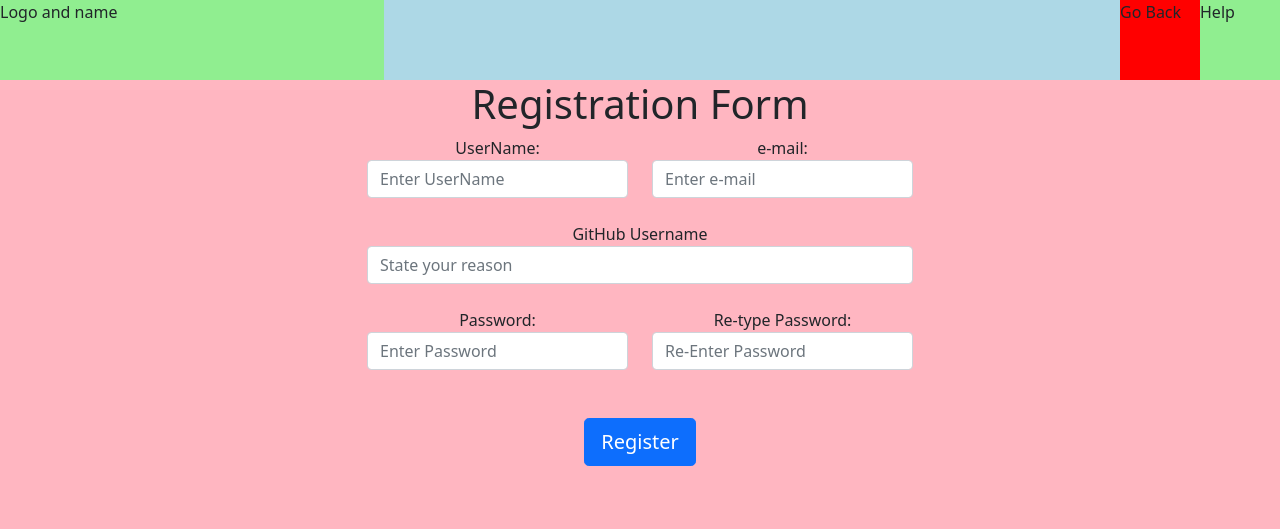
Repository: poornasyamasundar/Software-Project-Manager
Page: SoftwareManager/Templates/register.html
The author's editor kept a copy of each file at every save. The page is drawn from the files as they stood at one save, then again after the next save.
The browser window is 1280 px wide. The pictures show the whole page.

Above is the page before, as saved 2021-10-19 11:33:50.

### SoftwareManager/Templates/register.html
<!DOCTYPE html>
<html>
	<head>
		<link href="https://cdn.jsdelivr.net/npm/bootstrap@5.0.2/dist/css/bootstrap.min.css" rel="stylesheet" integrity="sha384-EVSTQN3/azprG1Anm3QDgpJLIm9Nao0Yz1ztcQTwFspd3yD65VohhpuuCOmLASjC" crossorigin="anonymous">
		<link rel = 'stylesheet' href = 'register.css'>
		<title>
			Registration Page
		</title>
	</head>
	<body>
		<div id = 'homeMenu'>
			<div id = 'logo'>Logo and name</div>
			<div id = 'help'>Help</div>
			<div id = 'goback'>Go Back</div>
		</div>
		<!-- <div id = 'registrationbox'>
			<div id = 'loginlogo'>
				logo
			</div>
			<div id = 'name'>
				Name
			</div>
			<div id = 'email'>
				Email
			</div>
			<div id = 'github'>
				Github username
			</div>
			<div id = 'username'>
				username
			</div>
			<div id = 'password'>
				password
			</div>
			<div id = 'register'>
				register
			</div>
		</div> -->



		<div class="container">
			<div class="row">
			  <div class="col-lg-3"></div>

			  <div class="col-lg-6">
				<div id="ui">
				  <h1 align ="center">Registration Form</h1>
				  <form class="form-group text-center" action="" method="POST">
					<div class="row" margin-top="30px">
					  <div class="col-lg-6">
						<label for="">UserName: </label>
						<input type="text" name="name" class="form-control" placeholder="Enter UserName">
					  </div>

						<div class="col-lg-6">
						  <label for="">e-mail: </label>
						  <input type="text" name="name" class="form-control" placeholder="Enter e-mail">
						</div>
					</div>
					<br>
					<label>GitHub Username</label>
					<input type="text" name="reason" class="form-control" placeholder="State your reason">
					<br>
					<div class="row">
						<div class="col-lg-6">
						  <label for="">Password: </label>
						  <input type="text" name="name" class="form-control" placeholder="Enter Password">
						</div>

						  <div class="col-lg-6">
							<label for="">Re-type Password: </label>
							<input type="text" name="name" class="form-control" placeholder="Re-Enter Password">
						  </div>
					  </div>
					<br>
					<br>
					<input type="submit" name="submit" value="Register" class="btn btn-primary btn-lg">
				  </form>
				</div>
			  </div>

			  <div class="col-lg-3"></div>
			</div>
		  </div>
		  <script src="https://cdn.jsdelivr.net/npm/bootstrap@5.0.2/dist/js/bootstrap.bundle.min.js" integrity="sha384-MrcW6ZMFYlzcLA8Nl+NtUVF0sA7MsXsP1UyJoMp4YLEuNSfAP+JcXn/tWtIaxVXM" crossorigin="anonymous"></script>

	</body>
</html>

### SoftwareManager/Templates/register.css
body
{
	background-color: lightpink;
}
#homeMenu
{
	width: 100%;
	height: 80px;
	background-color: lightblue;
}
#logo
{
	width: 30vw;
	height: 80px;
	display: inline-block;
	background-color: lightgreen;
}
#goback
{
	width: 80px;
	height: 80px;
	display: inline-block;
	float: right;
	background-color: red;
}
#help
{
	width: 80px;
	height: 80px;
	display: inline-block;
	float: right;
	background-color: lightgreen;
}
#registrationbox
{
	height: 400px;
	width: 300px;
	background-color: orange;
	position: absolute;
	top: 0;
	bottom: 0;
	left: 0;
	right: 0;
	margin: auto;
}
#loginlogo
{
	height: 70px;
	width: 250px;
	background-color: lightgreen;
	margin: auto;
	margin-top: 20px;
}
#username, #password, #name, #email, #github
{
	height: 30px;
	width: 250px;
	background-color: lightgreen;
	margin: auto;
	margin-top: 20px;
}
#register
{
	height: 30px;
	width: 100px;
	background-color: lightgreen;
	margin: auto;
	margin-top: 30px;
}

After the next save:
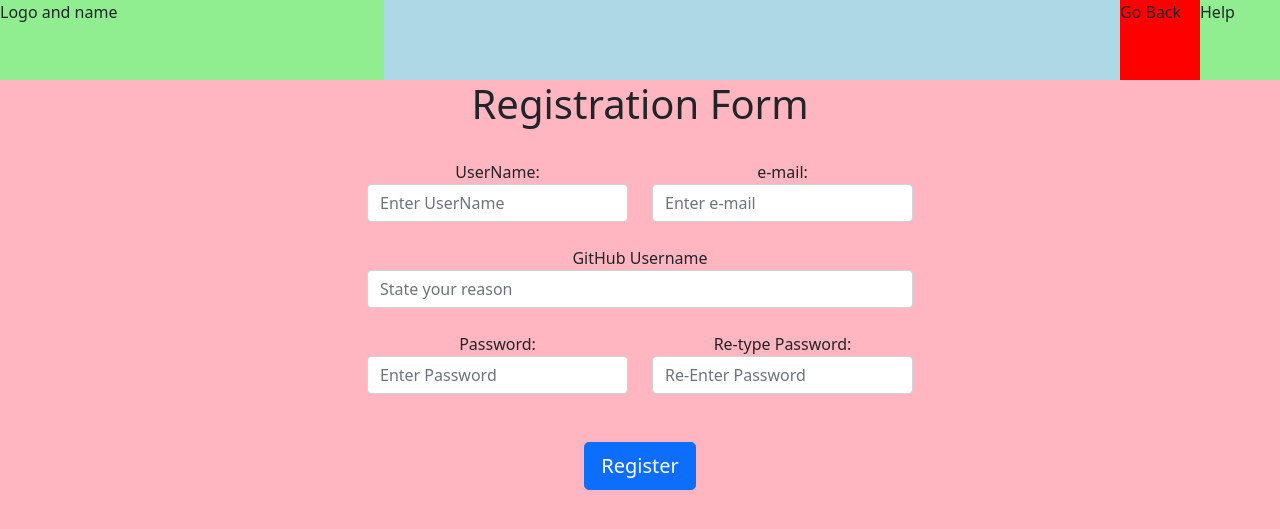
Saved 19 s later.
--- a/SoftwareManager/Templates/register.html
+++ b/SoftwareManager/Templates/register.html
@@ -46,8 +46,9 @@
 			  <div class="col-lg-6">
 				<div id="ui">
 				  <h1 align ="center">Registration Form</h1>
+				  <br/>
 				  <form class="form-group text-center" action="" method="POST">
-					<div class="row" margin-top="30px">
+					<div class="row">
 					  <div class="col-lg-6">
 						<label for="">UserName: </label>
 						<input type="text" name="name" class="form-control" placeholder="Enter UserName">
